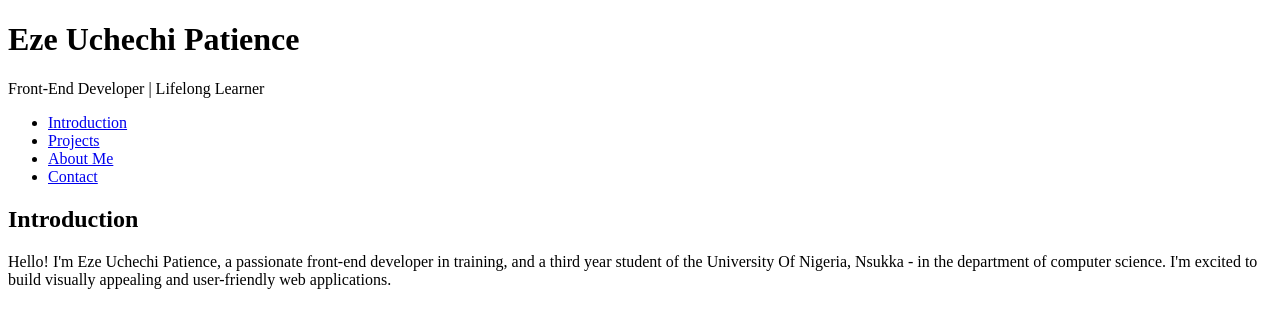
Repository: Patience225/My_First_Portfolio
Page: Portfolio/index.html
The author's editor kept a copy of each file at every save. The page is drawn from the files as they stood at one save, then again after the next save.
The browser window is 1280 px wide. The pictures show the whole page.

Above is the page before, as saved 2024-12-16 13:09:19.

After the next save:
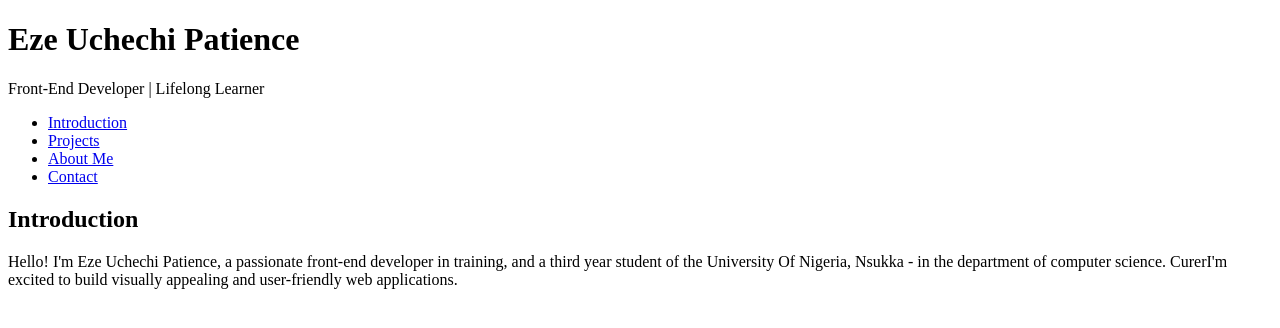
Saved 4 s later.
--- a/Portfolio/index.html
+++ b/Portfolio/index.html
@@ -19,7 +19,7 @@
     </nav>
     <section id="introduction">
       <h2>Introduction</h2>
-    <p>Hello! I'm Eze Uchechi Patience, a passionate front-end developer in training, and a third year student of the University Of Nigeria, Nsukka - in the department of computer science. I'm excited to build visually appealing and user-friendly web applications.</p>
+    <p>Hello! I'm Eze Uchechi Patience, a passionate front-end developer in training, and a third year student of the University Of Nigeria, Nsukka - in the department of computer science. CurerI'm excited to build visually appealing and user-friendly web applications.</p>
     </section>
     <section id="projects"></section>
     <section id="about"></section>
